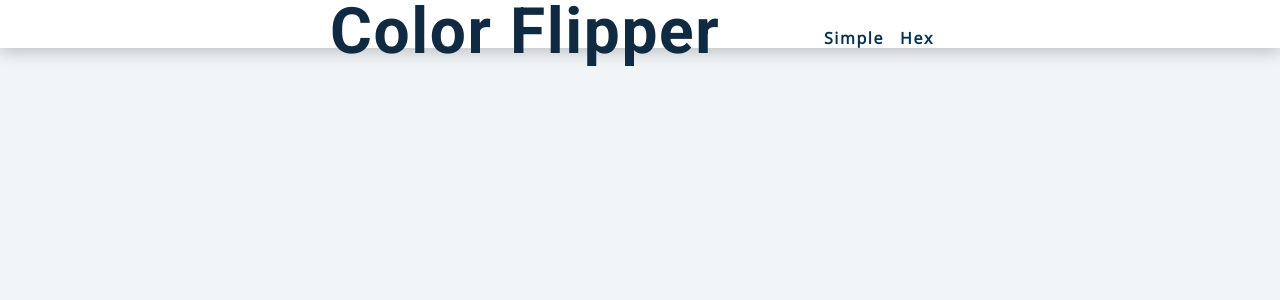
Repository: Vickydew1/ChangeBgcolor
Page: index.html
An editor plug-in stored every save of this project. The page is shown before and after the next save, followed by the edit.
The browser window is 1280 px wide. The pictures show the whole page.

Above is the page before, as saved 2022-01-10 03:06:53.

### index.html
<!DOCTYPE html>
<html lang="en">
  <head>
    <meta charset="UTF-8" />
    <meta name="viewport" content="width=device-width, initial-scale=1.0" />
    <title>Color Flipper || Simple</title>

    <!-- styles -->
    <link rel="stylesheet" href="styles.css" />
  </head>
  <body>
    <nav>
      <div class="nav-center">
        <h1>color flipper</h1>
        <ul class="nav-links">
          <li>
            <a href="index.html">Simple</a>
          </li>
          <li>
            <a href="hex.html">hex </a>
          </li>
        </ul>
      </div>
    </nav>
    <!-- javascript -->
    <script src="app.js"></script>
  </body>
</html>

### styles.css
/*
===============
Fonts
===============
*/
@import url("https://fonts.googleapis.com/css?family=Open+Sans|Roboto:400,700&display=swap");

/*
===============
Variables
===============
*/

:root {
  /* dark shades of primary color*/
  --clr-primary-1: hsl(205, 86%, 17%);
  --clr-primary-2: hsl(205, 77%, 27%);
  --clr-primary-3: hsl(205, 72%, 37%);
  --clr-primary-4: hsl(205, 63%, 48%);
  /* primary/main color */
  --clr-primary-5: hsl(205, 78%, 60%);
  /* lighter shades of primary color */
  --clr-primary-6: hsl(205, 89%, 70%);
  --clr-primary-7: hsl(205, 90%, 76%);
  --clr-primary-8: hsl(205, 86%, 81%);
  --clr-primary-9: hsl(205, 90%, 88%);
  --clr-primary-10: hsl(205, 100%, 96%);
  /* darkest grey - used for headings */
  --clr-grey-1: hsl(209, 61%, 16%);
  --clr-grey-2: hsl(211, 39%, 23%);
  --clr-grey-3: hsl(209, 34%, 30%);
  --clr-grey-4: hsl(209, 28%, 39%);
  /* grey used for paragraphs */
  --clr-grey-5: hsl(210, 22%, 49%);
  --clr-grey-6: hsl(209, 23%, 60%);
  --clr-grey-7: hsl(211, 27%, 70%);
  --clr-grey-8: hsl(210, 31%, 80%);
  --clr-grey-9: hsl(212, 33%, 89%);
  --clr-grey-10: hsl(210, 36%, 96%);
  --clr-white: #fff;
  --clr-red-dark: hsl(360, 67%, 44%);
  --clr-red-light: hsl(360, 71%, 66%);
  --clr-green-dark: hsl(125, 67%, 44%);
  --clr-green-light: hsl(125, 71%, 66%);
  --clr-black: #222;
  --ff-primary: "Roboto", sans-serif;
  --ff-secondary: "Open Sans", sans-serif;
  --transition: all 0.3s linear;
  --spacing: 0.1rem;
  --radius: 0.25rem;
  --light-shadow: 0 5px 15px rgba(0, 0, 0, 0.1);
  --dark-shadow: 0 5px 15px rgba(0, 0, 0, 0.2);
  --max-width: 1170px;
  --fixed-width: 620px;
}
/*
===============
Global Styles
===============
*/

*,
::after,
::before {
  margin: 0;
  padding: 0;
  box-sizing: border-box;
}
body {
  font-family: var(--ff-secondary);
  background: var(--clr-grey-10);
  color: var(--clr-grey-1);
  line-height: 1.5;
  font-size: 0.875rem;
}
ul {
  list-style-type: none;
}
a {
  text-decoration: none;
}
h1,
h2,
h3,
h4 {
  letter-spacing: var(--spacing);
  text-transform: capitalize;
  line-height: 1.25;
  margin-bottom: 0.75rem;
  font-family: var(--ff-primary);
}
h1 {
  font-size: 3rem;
}
h2 {
  font-size: 2rem;
}
h3 {
  font-size: 1.25rem;
}
h4 {
  font-size: 0.875rem;
}
p {
  margin-bottom: 1.25rem;
  color: var(--clr-grey-5);
}
@media screen and (min-width: 800px) {
  h1 {
    font-size: 4rem;
  }
  h2 {
    font-size: 2.5rem;
  }
  h3 {
    font-size: 1.75rem;
  }
  h4 {
    font-size: 1rem;
  }
  body {
    font-size: 1rem;
  }
  h1,
  h2,
  h3,
  h4 {
    line-height: 1;
  }
}
/*  global classes */

/* section */
.section {
  padding: 5rem 0;
}

.section-center {
  width: 90vw;
  margin: 0 auto;
  max-width: 1170px;
}
@media screen and (min-width: 992px) {
  .section-center {
    width: 95vw;
  }
}
main {
  min-height: 100vh;
  display: grid;
  place-items: center;
}

/*
===============
Nav
===============
*/
nav {
  background: var(--clr-white);
  height: 3rem;
  display: grid;
  align-items: center;
  box-shadow: var(--dark-shadow);
}
.nav-center {
  width: 90vw;
  max-width: var(--fixed-width);
  margin: 0 auto;
  display: flex;
  align-items: center;
  justify-content: space-between;
}
.nav-center h4 {
  margin-bottom: 0;
  color: var(--clr-primary-5);
}
.nav-links {
  display: flex;
}
nav a {
  text-transform: capitalize;
  font-weight: 700;
  font-size: 1rem;
  color: var(--clr-primary-1);
  letter-spacing: var(--spacing);
  margin-right: 1rem;
}
nav a:hover {
  color: var(--clr-primary-5);
}
/*
===============
Container
===============
*/
main {
  min-height: calc(100vh - 3rem);
  display: grid;
  place-items: center;
}
.container {
  text-align: center;
}
.container h2 {
  background: var(--clr-black);
  color: var(--clr-white);
  padding: 1rem;
  border-radius: var(--radius);
  margin-bottom: 2.5rem;
}
.color {
  color: var(--clr-primary-5);
}
.btn-hero {
  font-family: var(--ff-primary);
  text-transform: uppercase;
  background: transparent;
  color: var(--clr-black);
  letter-spacing: var(--spacing);
  display: inline-block;
  font-weight: 700;
  transition: var(--transition);
  border: 2px solid var(--clr-black);
  cursor: pointer;
  box-shadow: 0 1px 3px rgba(0, 0, 0, 0.2);
  border-radius: var(--radius);
  font-size: 1rem;
  padding: 0.75rem 1.25rem;
}
.btn-hero:hover {
  color: var(--clr-white);
  background: var(--clr-black);
}

Loaded but not shown: app.js (common file)

After the next save:
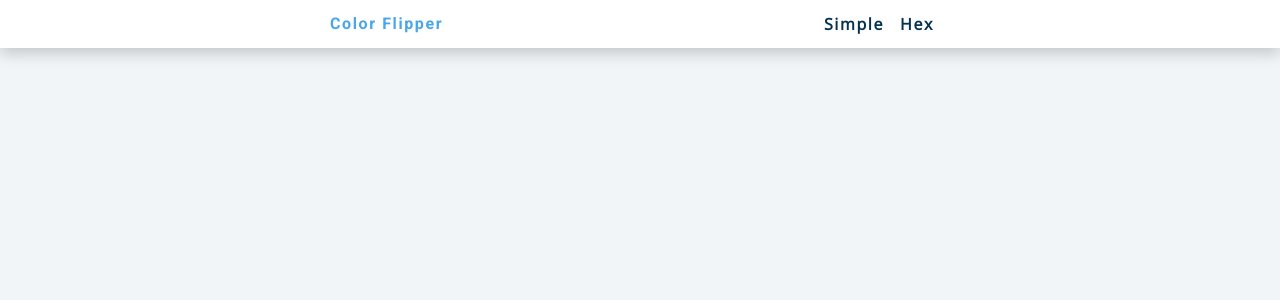
Saved 48 s later.
--- a/index.html
+++ b/index.html
@@ -11,7 +11,7 @@
   <body>
     <nav>
       <div class="nav-center">
-        <h1>color flipper</h1>
+        <h4>color flipper</h4>
         <ul class="nav-links">
           <li>
             <a href="index.html">Simple</a>
